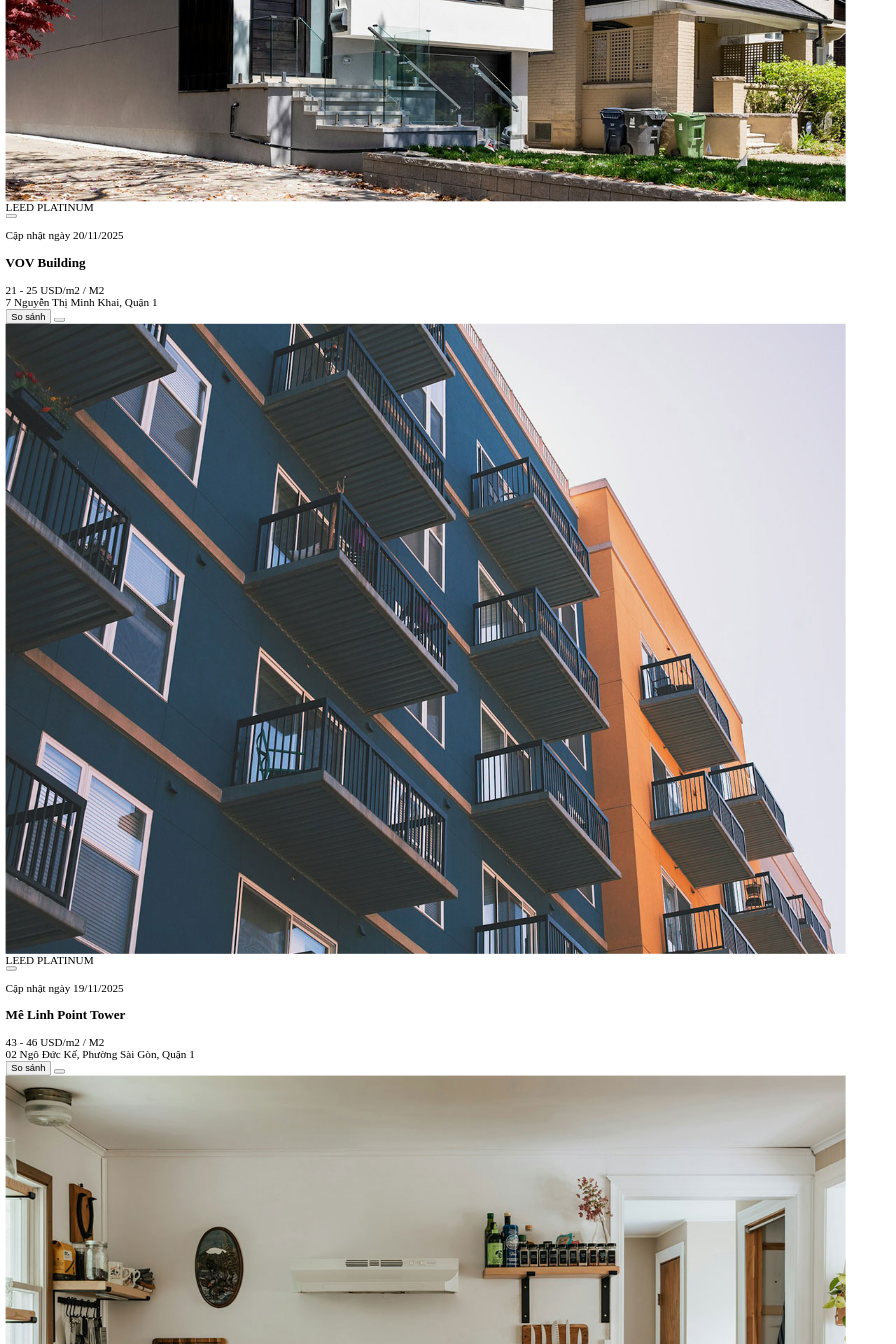
Repository: lannguyen1301/anphuholdings-main
Page: partials/office-rental/office-rental-ward-1.html
An editor plug-in stored every save of this project. The page is shown before and after the next save, followed by the edit.
The browser window is 1280 px wide. The pictures show the part of the page from y = 3912 to 5832 px (the page is 8679 px tall), at 70% of full size.

Above is the page before, as saved 2025-12-31 14:41:17.

After the next save:
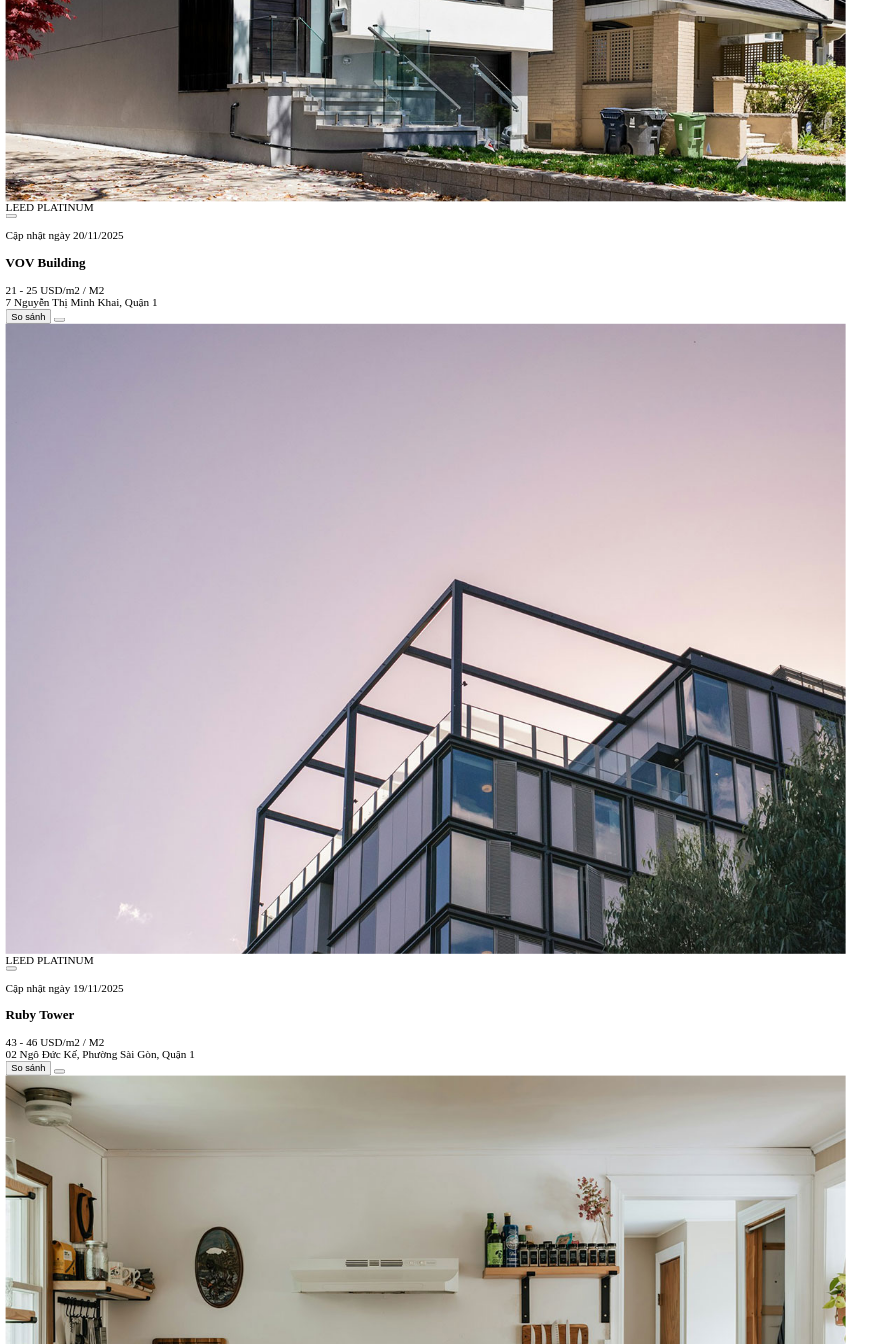
Saved 59 s later.
--- a/partials/office-rental/office-rental-ward-1.html
+++ b/partials/office-rental/office-rental-ward-1.html
@@ -219,7 +219,7 @@
                 style="width: 292px;" data-aos="fade-right">
                 <div class="relative overflow-hidden">
                     <div class="flex h-48 items-center justify-center bg-slate-200">
-                        <img src="assets/images/detail/detail-6.jpg" alt=""
+                        <img src="assets/images/detail/detail-5.jpg" alt=""
                             class="block w-full h-full object-cover aspect-4/3">
                         <!-- <i class="fas fa-image text-5xl text-gray-400"></i> -->
                     </div>
@@ -236,7 +236,7 @@
                         Cập nhật ngày 19/11/2025
                     </p>
                     <h3 class="mb-3 text-lg font-semibold text-navy overflow-ellipsis line-clamp-1">
-                        Mê Linh Point Tower
+                        Ruby Tower
                     </h3>
 
                     <div class="mb-2 flex items-center gap-2">
